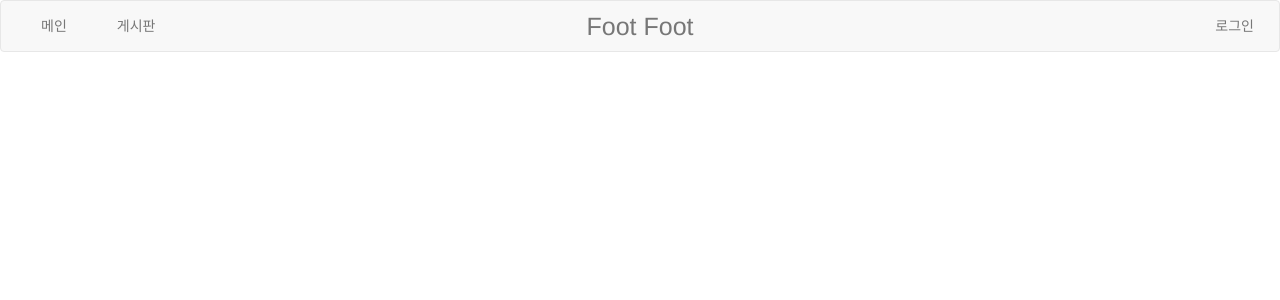
Repository: YuJunHa1/footfoot
Page: http://localhost/footfoot/main.jsp
The author's editor kept a copy of each file at every save. The page is drawn from the files as they stood at one save, then again after the next save.
The browser window is 1280 px wide. The pictures show the whole page.
Some web libraries are served in a nearby version. The page is served by Tomcat 9. Other server files are loaded and not shown.

Above is the page before, as saved 2024-10-05 07:39:54.

### footfoot/src/main/webapp/main.jsp
<%@ page language="java" contentType="text/html; charset=UTF-8"
    pageEncoding="UTF-8"%>
<!DOCTYPE html>
<html>
<head>
<meta charset="UTF-8">
<meta name="viewport" content="text/html; initial-scale=1">
<link rel="stylesheet" href="css/bootstrap.css">
<title>footfoot</title>
<style>
  .navbar {
    position: relative;
  }

  .navbar-brand {
    position: absolute;
    left: 50%;
    transform: translateX(-50%);
    font-size: 25px;
  }

  .navbar-nav {
    display: flex;
    align-items: center;
  }

  .navbar-left {
    margin-right: 10px; /* 줄인 공간 */
  }

  .navbar-right {
    margin-left: 10px; /* 줄인 공간 */
  }

  /* 불필요한 패딩 제거 */
  .navbar-nav > li {
    padding: 0 10px; /* 요소들 간의 간격 조절 */
  }
</style>
</head>
<body>
	<nav class="navbar navbar-default">
		<div class="navbar-header">
			<button type="button" class="navbar-toggle collapsed"
				data-toggle="collapse" data-target="#bs-example-navbar-collapse-1"
				aria-expanded="false">
					<span class="icon-bar"></span>
					<span class="icon-bar"></span>
					<span class="icon-bar"></span>
				</button>
				<a class="navbar-brand" href="main.jsp">Foot Foot</a>
		</div>
		<div class="collapse navbar-collapse" id="bs-example-navbar-collapse-1">
			<ul class="nav navbar-nav">
				<li><a href="main.jsp">메인</a></li>
				<li><a href="bbs.jsp">게시판</a></li>
			</ul>
			<ul class="nav navbar-nav navbar-right">
				<li><a href="login.jsp">로그인</a></li>
			</ul>
		</div>
	</nav>
	<script src="https://code.jquery.com/jquery-3.1.1.min.js"></script>
	<script src="js/bootstrap.js"></script>
</body>
</html>

Loaded but not shown: footfoot/src/main/webapp/css/bootstrap.css (library); footfoot/src/main/webapp/js/bootstrap.js (library)

After the next save:
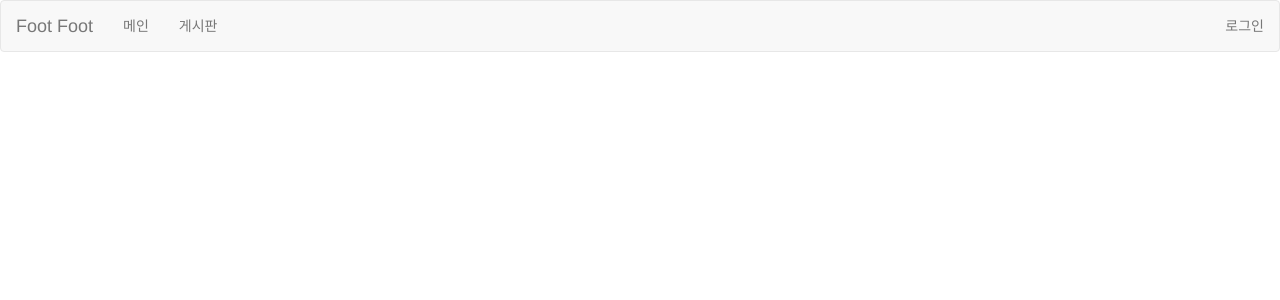
Saved 16 s later.
--- a/footfoot/src/main/webapp/main.jsp
+++ b/footfoot/src/main/webapp/main.jsp
@@ -7,36 +7,6 @@
 <meta name="viewport" content="text/html; initial-scale=1">
 <link rel="stylesheet" href="css/bootstrap.css">
 <title>footfoot</title>
-<style>
-  .navbar {
-    position: relative;
-  }
-
-  .navbar-brand {
-    position: absolute;
-    left: 50%;
-    transform: translateX(-50%);
-    font-size: 25px;
-  }
-
-  .navbar-nav {
-    display: flex;
-    align-items: center;
-  }
-
-  .navbar-left {
-    margin-right: 10px; /* 줄인 공간 */
-  }
-
-  .navbar-right {
-    margin-left: 10px; /* 줄인 공간 */
-  }
-
-  /* 불필요한 패딩 제거 */
-  .navbar-nav > li {
-    padding: 0 10px; /* 요소들 간의 간격 조절 */
-  }
-</style>
 </head>
 <body>
 	<nav class="navbar navbar-default">
